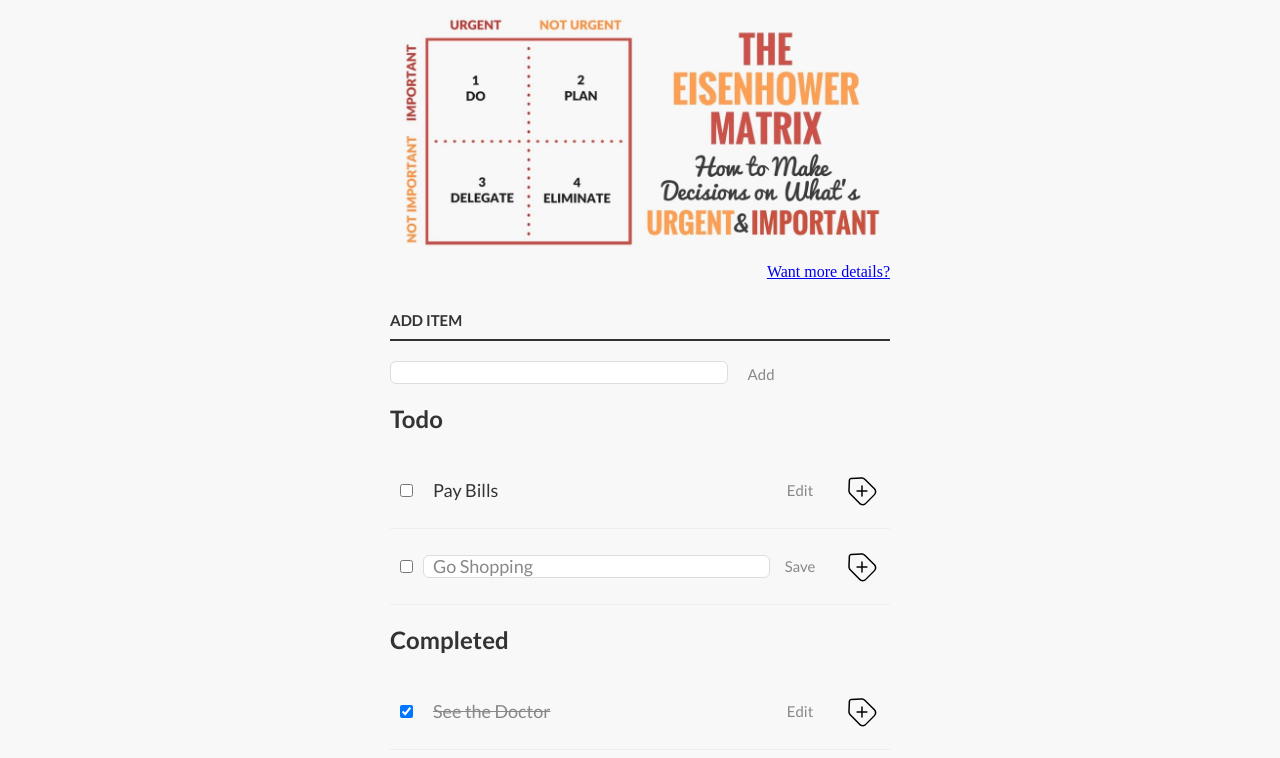
Repository: dev1siWoo/clean-code-s1e1
Page: index.html
The author's editor kept a copy of each file at every save. The page is drawn from the files as they stood at one save, then again after a run of saves.
The browser window is 1280 px wide. The pictures show the whole page.

Above is the page before, as saved 2024-01-08 22:54:25.

### index.html
<!DOCTYPE html>
<html>
    <head>
        <title>Todo App</title>
        <link
            href="https://fonts.googleapis.com/css?family=Lato:300,400,700"
            rel="stylesheet"
        >
        <link
            rel="stylesheet"
            href="style.css"
            media="screen"
            charset="utf-8"
        >
    </head>
    <body class="page">
        <header class="header">
            <img class="header-img" src="./eisenhower-matrix.jpg" alt="eisenhower-matrix">
            <a class="link" href="https://goal-life.com/page/method/matrix-eisenhower">Want more details?</a>
        </header>
        <main class="main">
            <section id="adding-section">
                <label class="label" for="new-task">Add Item</label>
                <div class="add-wrapper">
                    <input id="new-task" class="input task" type="text">
                    <button class="button">Add</button>
                </div>
            </section>
            <h2 class="subtitle">Todo</h2>
            <ul id="incomplete-tasks" class="list">
                <li class="list-item">
                    <input class="input" type="checkbox">
                    <label class="task">Pay Bills</label>
                    <input type="text" class="task">
                    <button class="edit">Edit</button>
                    <button class="delete">
                        <img src="./remove.svg" alt="delete button">
                    </button>
                </li>
                <li class="edit-mode">
                    <input type="checkbox">
                    <label class="task">Go Shopping</label>
                    <input type="text" value="Go Shopping" class="task">
                    <button class="edit">Save</button>
                    <button class="delete">
                        <img src="./remove.svg" alt="delete button">
                    </button>
                </li>
            </ul>
            <h2>Completed</h2>
            <ul id="completed-tasks">
                <li>
                    <input type="checkbox" checked>
                    <label class="task">See the Doctor</label>
                    <input type="text" class="task">
                    <button class="edit">Edit</button>
                    <button class="delete">
                        <img src="./remove.svg" alt="delete button">
                    </button>
                </li>
            </ul>
        </main>
        <script src="app.js"></script>
    </body>
</html>

### style.css
/* Basic Style */
body {
  background-color: #f8f8f8;
  color: #333;
  font-family: Lato, sans-serif;
}
.header {
  width: 500px;
  margin: 0 auto;
  display: block;
  text-align: right;
}
.header img {
  width: 100%;
}
.header .link {
  font-family: fantasy, cursive;
}

@media (max-width: 768px) {
  .header {
    text-align: center;
  }
}
.main {
  display: block;
  width: 500px;
  margin: 0 auto 0;
}
.task {
  width: 56%;
  display: inline-block;
  flex-grow: 1;
}
.adding-wrapper {
  display: flex;
}
ul {
  margin: 0;
  padding: 0px;
}
li,
h3 {
  list-style: none;
}
input,
button{
  outline: none;
}
button {
  background: none;
  border: 0px;
  color: #888;
  font-size: 15px;
  width: 60px;
  font-family: Lato, sans-serif;
  cursor: pointer;
}
button:hover {
  color: #3a3a3a;
}
/* Heading */
h3,
label[for='new-task'] {
  color: #333;
  font-weight: 700;
  font-size: 15px;
  border-bottom: 2px solid #333;
  padding: 30px 0 10px;
  margin: 0;
  text-transform: uppercase;
}
input[type="text"] {
  margin: 0;
  font-size: 18px;
  line-height: 18px;
  height: 21px;
  padding: 0 9px;
  border: 1px solid #ddd;
  background: #fff;
  border-radius: 6px;
  font-family: Lato, sans-serif;
  color: #888;
}
input[type="text"]:focus {
  color: #333;
}

/* New Task */
label[for="new-task"] {
  display: block;
  margin: 0 0 20px;
}
input#new-task {
  width: 318px;
}

/* Task list */
li {
  overflow: hidden;
  padding: 20px 0;
  border-bottom: 1px solid #eee;
  display: flex;
  justify-content: space-between;
  align-items: center;
}
li > * {
  vertical-align: middle;
}

li > input[type="checkbox"] {
  margin: 0 10px;
}
li > label {
  padding-left: 10px;
  box-sizing: border-box;
  font-size: 18px;
  width: 226px;
}
li >    input[type="text"] {
  width: 226px;
}
button.delete img {
  height: 2em;
  transform: rotateZ(45deg);
  transition: transform 200ms ease-in;
}
button.delete img:hover {
  transform: rotateZ(0);
}

/* Completed */
ul#completed-tasks label {
  text-decoration: line-through;
  color: #888;
}

/* Edit Task */
ul li input[type="text"] {
  display: none;
}

ul li.edit-mode input[type="text"] {
  display: inline-block;
  width: 224px;
}

ul li.edit-mode label {
  display: none;
}

### app.js
//Document is the DOM can be accessed in the console with document.window.
// Tree is from the top, html, body, p etc.

//Problem: User interaction does not provide the correct results.
//Solution: Add interactivity so the user can manage daily tasks.
//Break things down into smaller steps and take each step at a time.


// Event handling, user interaction is what starts the code execution.

var taskInput=document.getElementById("new-task");//Add a new task.
var addButton=document.getElementsByTagName("button")[0];//first button
var incompleteTaskHolder=document.getElementById("incomplete-tasks");//ul of #incomplete-tasks
var completedTasksHolder=document.getElementById("completed-tasks");//completed-tasks


//New task list item
var createNewTaskElement=function(taskString){

    var listItem=document.createElement("li");

    //input (checkbox)
    var checkBox=document.createElement("input");//checkbx
    //label
    var label=document.createElement("label");//label
    //input (text)
    var editInput=document.createElement("input");//text
    //button.edit
    var editButton=document.createElement("button");//edit button

    //button.delete
    var deleteButton=document.createElement("button");//delete button
    var deleteButtonImg=document.createElement("img");//delete button image

    listItem.className="list-item"

    label.innerText=taskString;
    label.className="label task";

    //Each elements, needs appending
    checkBox.type="checkbox";
    checkBox.className="input";
    editInput.type="text";
    editInput.className="input task";

    editButton.innerText="Edit"; //innerText encodes special characters, HTML does not.
    editButton.className="button edit";

    deleteButton.className="button delete";
    deleteButtonImg.src='./remove.svg';
    deleteButtonImg.className="delete-img";
    deleteButtonImg.setAttribute('alt', 'delete button');
    deleteButton.appendChild(deleteButtonImg);


    //and appending.
    listItem.appendChild(checkBox);
    listItem.appendChild(label);
    listItem.appendChild(editInput);
    listItem.appendChild(editButton);
    listItem.appendChild(deleteButton);
    return listItem;
}



var addTask=function(){
    console.log("Add Task...");
    //Create a new list item with the text from the #new-task:
    if (!taskInput.value) return;
    var listItem=createNewTaskElement(taskInput.value);

    //Append listItem to incompleteTaskHolder
    incompleteTaskHolder.appendChild(listItem);
    bindTaskEvents(listItem, taskCompleted);

    taskInput.value="";

}

//Edit an existing task.

var editTask=function(){
    console.log("Edit Task...");
    console.log("Change 'edit' to 'save'");


    var listItem=this.parentNode;

    var editInput=listItem.querySelector('input[type=text]');
    var label=listItem.querySelector("label");
    var editBtn=listItem.querySelector(".edit");
    var containsClass=listItem.classList.contains("edit-mode");
    //If class of the parent is .edit-mode
    if(containsClass){

        //switch to .edit-mode
        //label becomes the inputs value.
        label.innerText=editInput.value;
        editBtn.innerText="Edit";
    }else{
        editInput.value=label.innerText;
        editBtn.innerText="Save";
    }

    //toggle .edit-mode on the parent.
    listItem.classList.toggle("edit-mode");
};


//Delete task.
var deleteTask=function(){
    console.log("Delete Task...");

    var listItem=this.parentNode;
    var ul=listItem.parentNode;
    //Remove the parent list item from the ul.
    ul.removeChild(listItem);

}


//Mark task completed
var taskCompleted=function(){
    console.log("Complete Task...");

    //Append the task list item to the #completed-tasks
    var listItem=this.parentNode;
    completedTasksHolder.appendChild(listItem);
    bindTaskEvents(listItem, taskIncomplete);

}


var taskIncomplete=function(){
    console.log("Incomplete Task...");
//Mark task as incomplete.
    //When the checkbox is unchecked
    //Append the task list item to the #incomplete-tasks.
    var listItem=this.parentNode;
    incompleteTaskHolder.appendChild(listItem);
    bindTaskEvents(listItem,taskCompleted);
}



var ajaxRequest=function(){
    console.log("AJAX Request");
}

//The glue to hold it all together.


//Set the click handler to the addTask function.
addButton.onclick=addTask;
addButton.addEventListener("click",addTask);
addButton.addEventListener("click",ajaxRequest);


var bindTaskEvents=function(taskListItem,checkBoxEventHandler){
    console.log("bind list item events");
//select ListItems children
    var checkBox=taskListItem.querySelector("input[type=checkbox]");
    var editButton=taskListItem.querySelector("button.edit");
    var deleteButton=taskListItem.querySelector("button.delete");


    //Bind editTask to edit button.
    editButton.onclick=editTask;
    //Bind deleteTask to delete button.
    deleteButton.onclick=deleteTask;
    //Bind taskCompleted to checkBoxEventHandler.
    checkBox.onchange=checkBoxEventHandler;
}

//cycle over incompleteTaskHolder ul list items
//for each list item
for (var i=0; i<incompleteTaskHolder.children.length;i++){

    //bind events to list items chldren(tasksCompleted)
    bindTaskEvents(incompleteTaskHolder.children[i],taskCompleted);
}




//cycle over completedTasksHolder ul list items
for (var i=0; i<completedTasksHolder.children.length;i++){
    //bind events to list items chldren(tasksIncompleted)
    bindTaskEvents(completedTasksHolder.children[i],taskIncomplete);
}




// Issues with usability don't get seen until they are in front of a human tester.

//prevent creation of empty tasks.

//Change edit to save when you are in edit mode.

After the next 2 saves:
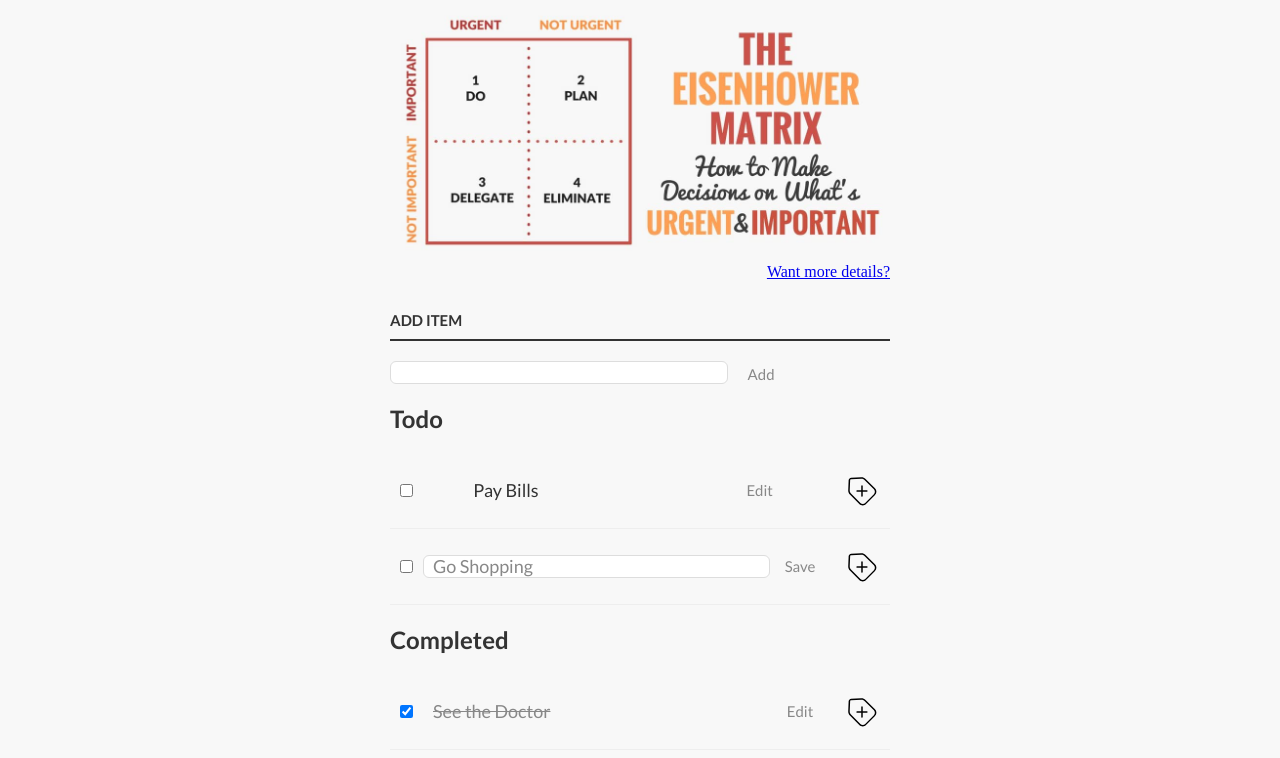
The 2 saves are shown as one change because they came seconds apart.
The last was saved 9 s later.
--- a/index.html
+++ b/index.html
@@ -30,7 +30,7 @@
             <ul id="incomplete-tasks" class="list">
                 <li class="list-item">
                     <input class="input" type="checkbox">
-                    <label class="task">Pay Bills</label>
+                    <label class="label">Pay Bills</label>
                     <input type="text" class="task">
                     <button class="edit">Edit</button>
                     <button class="delete">

After the save that followed:
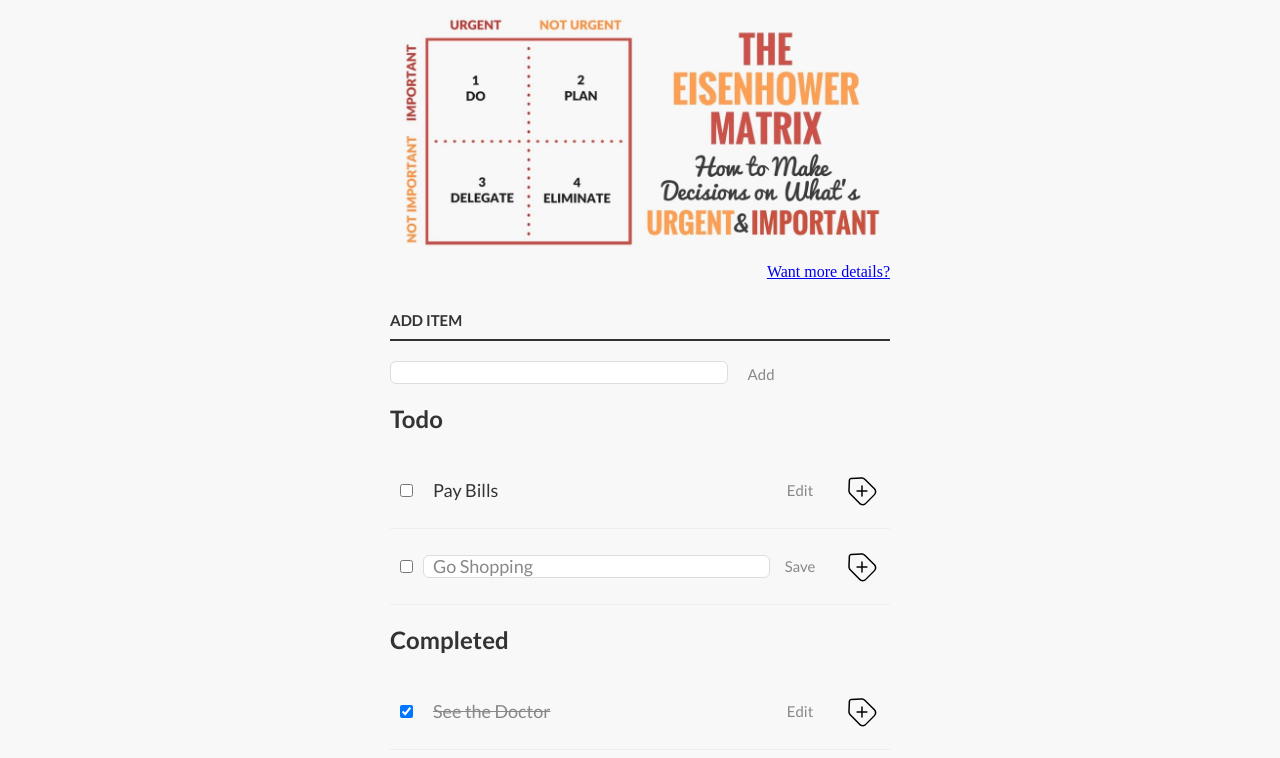
Saved 5 s later.
--- a/index.html
+++ b/index.html
@@ -30,7 +30,7 @@
             <ul id="incomplete-tasks" class="list">
                 <li class="list-item">
                     <input class="input" type="checkbox">
-                    <label class="label">Pay Bills</label>
+                    <label class="label task">Pay Bills</label>
                     <input type="text" class="task">
                     <button class="edit">Edit</button>
                     <button class="delete">
